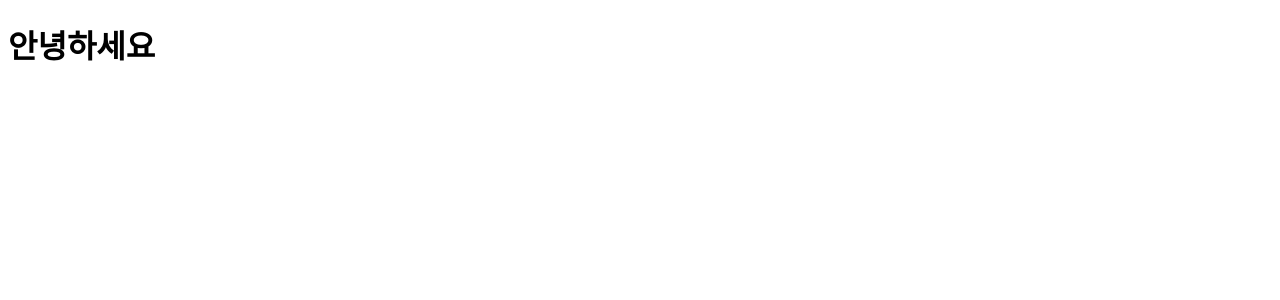
Repository: songeunleee/TodoApp
Page: index.html
An editor plug-in stored every save of this project. The page is shown before and after a run of saves, followed by the edit.
The browser window is 1280 px wide. The pictures show the whole page.

Above is the page before, as saved 2023-04-14 01:14:15.

After the next 2 saves:
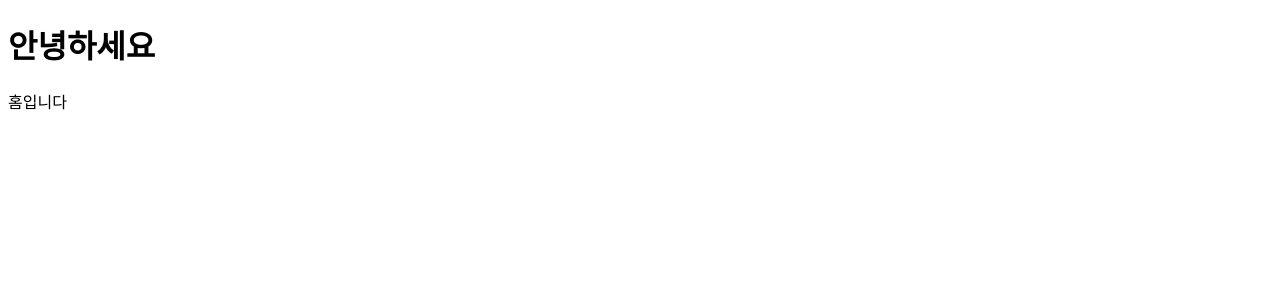
The 2 saves are shown as one change because they came seconds apart.
The last was saved 13 s later.
--- a/index.html
+++ b/index.html
@@ -8,5 +8,6 @@
   </head>
   <body>
     <h1>안녕하세요</h1>
+    <p>홈입니다</p>
   </body>
 </html>
